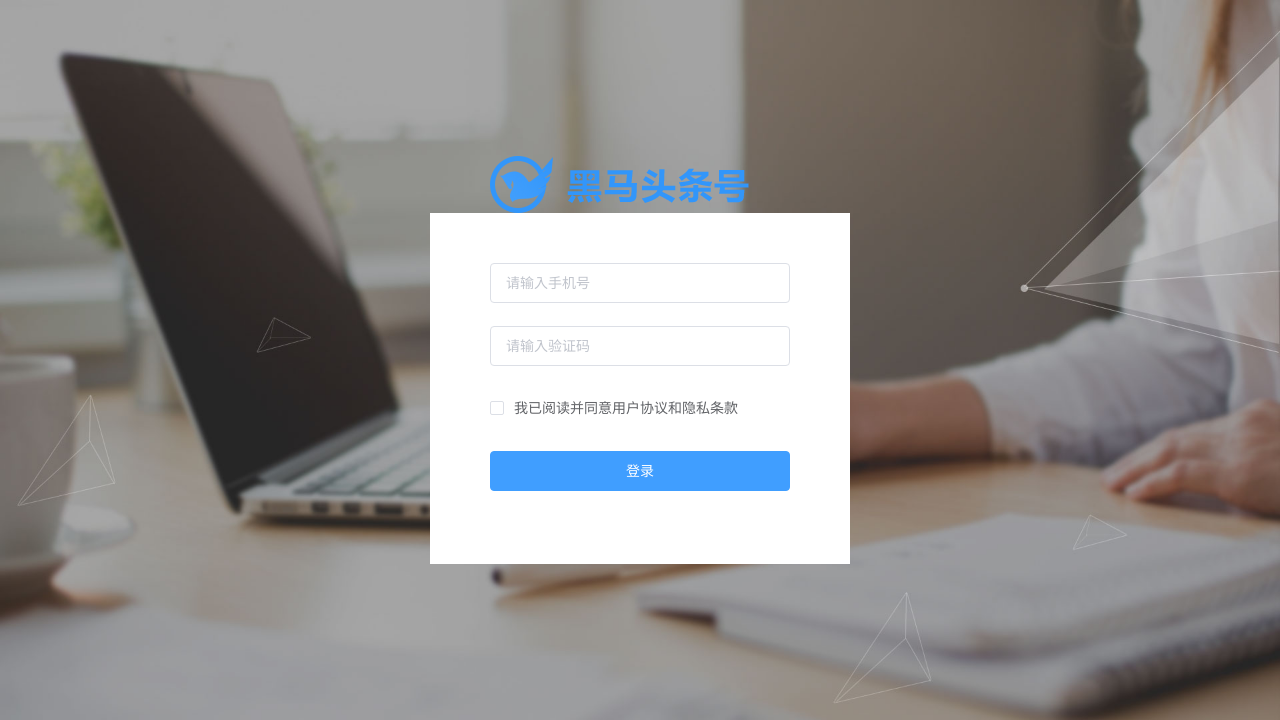
Repository: Azhaihh/toutiao-publish-admin
Page: /#/login
These files come from the project's save history. The page is drawn as it stood at one moment and after the next save; the edit follows.
The browser window is 1280 px wide. The pictures show the whole page.
The project was rebuilt for these pictures with package versions that can differ from the ones it lists, and the page was loaded fresh each time. Also part of the build but not shown: src/styles/index.less.

Above is the page before, as saved 2020-12-02 20:22:25.

### public/index.html
<!DOCTYPE html>
<html lang="en">
  <head>
    <meta charset="utf-8">
    <meta http-equiv="X-UA-Compatible" content="IE=edge">
    <meta name="viewport" content="width=device-width,initial-scale=1.0">
    <link rel="icon" href="<%= BASE_URL %>favicon.ico">
    <title><%= htmlWebpackPlugin.options.title %></title>
  </head>
  <body>
    <noscript>
      <strong>We're sorry but <%= htmlWebpackPlugin.options.title %> doesn't work properly without JavaScript enabled. Please enable it to continue.</strong>
    </noscript>
    <!-- 单页面的入口节点，最终所有组件都会渲染到这里 -->
    <div id="app"></div>
    <!-- built files will be auto injected -->
  </body>
</html>

### src/main.js
import Vue from 'vue'
import App from './App.vue'
import router from './router'

// 引入Element-ui
import ElementUI from 'element-ui'
import 'element-ui/lib/theme-chalk/index.css'

// 导入全局样式文件
import './styles/index.less'

Vue.use(ElementUI)

Vue.config.productionTip = false

// 创建 Vue 根实例
// 把 router 配置至根实例中
// 通过 render 方法把 APP 根组件渲染到 #app 入口节点（位于public文件夹下的index.html文件）
new Vue({
  router,
  render: h => h(App)
}).$mount('#app')

### src/App.vue
<template>
  <div id="app">
    <!-- 路由出口 -->
    <router-view/>
  </div>
</template>

<script>
export default {
  name: 'APP'
}
</script>

<style lang="less">

</style>

### src/router/index.js
import Vue from 'vue'
import VueRouter from 'vue-router'

const Login = () => import('../views/login/index.vue')

Vue.use(VueRouter)

const routes = [
  {
    path: '/login',
    name: 'login',
    component: Login
  }
]

const router = new VueRouter({
  routes
})

export default router

### src/views/login/index.vue
<template>
  <div class="login-container">
    <div class="login-head"></div>
      <!--
          el-form 表单组件
          每个表单项都必须使用 el-form-item 组件包裹
       -->
    <el-form :model="user" class="login-form">
        <!-- 手机号 -->
      <el-form-item>
        <el-input
        v-model="user.mobile"
        placeholder="请输入手机号"
        ></el-input>
      </el-form-item>
      <!-- 验证码 -->
      <el-form-item>
        <el-input
        v-model="user.code"
        placeholder="请输入验证码"
        ></el-input>
      </el-form-item>
      <!-- 复选框 -->
      <el-form-item>
        <el-checkbox v-model="checked">我已阅读并同意用户协议和隐私条款</el-checkbox>
      </el-form-item>
      <!-- 按钮 -->
      <el-form-item>
        <el-button @click="onSubmit" class="login-btn" type="primary">登录</el-button>
      </el-form-item>
    </el-form>
  </div>
</template>

<script>
export default {
  name: 'LoginIndex',
  data () {
    return {
      user: {
        // 手机号
        mobile: '',
        // 验证码
        code: ''
      },
      // 是否同意协议的选中状态
      checked: false
    }
  },
  methods: {
    onSubmit () {
      console.log('submit!')
    }
  }
}
</script>

<style scoped lang="less">
.login-container {
  position: fixed;
  left: 0;
  top: 0;
  right: 0;
  bottom: 0;

  display: flex;
  flex-direction: column;
  justify-content: center;
  align-items: center;

  background: url("../../assets/img/login_bg.jpg") no-repeat;
  background-size: cover;

  .login-head {
    width: 300px;
    height: 57px;
    background: url("../../assets/img/logo_index.png") no-repeat;
    margin-bottom: ;
  }

  .login-form {
      background-color: #fff;
      padding: 50px 60px;
      min-width: 300px;
  }

  .login-btn {
      width: 100%;
  }
}
</style>

After the next save:
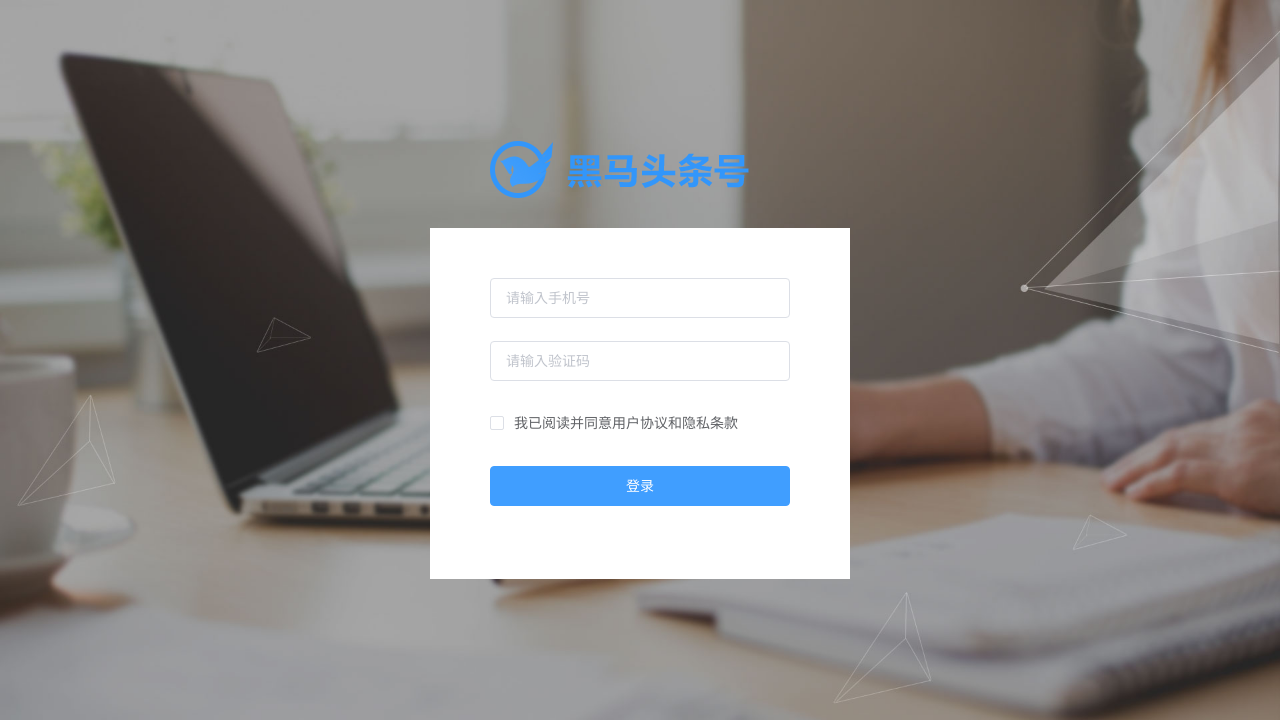
Saved 6 s later.
--- a/src/views/login/index.vue
+++ b/src/views/login/index.vue
@@ -75,7 +75,7 @@ export default {
     width: 300px;
     height: 57px;
     background: url("../../assets/img/logo_index.png") no-repeat;
-    margin-bottom: ;
+    margin-bottom: 30px;
   }
 
   .login-form {
